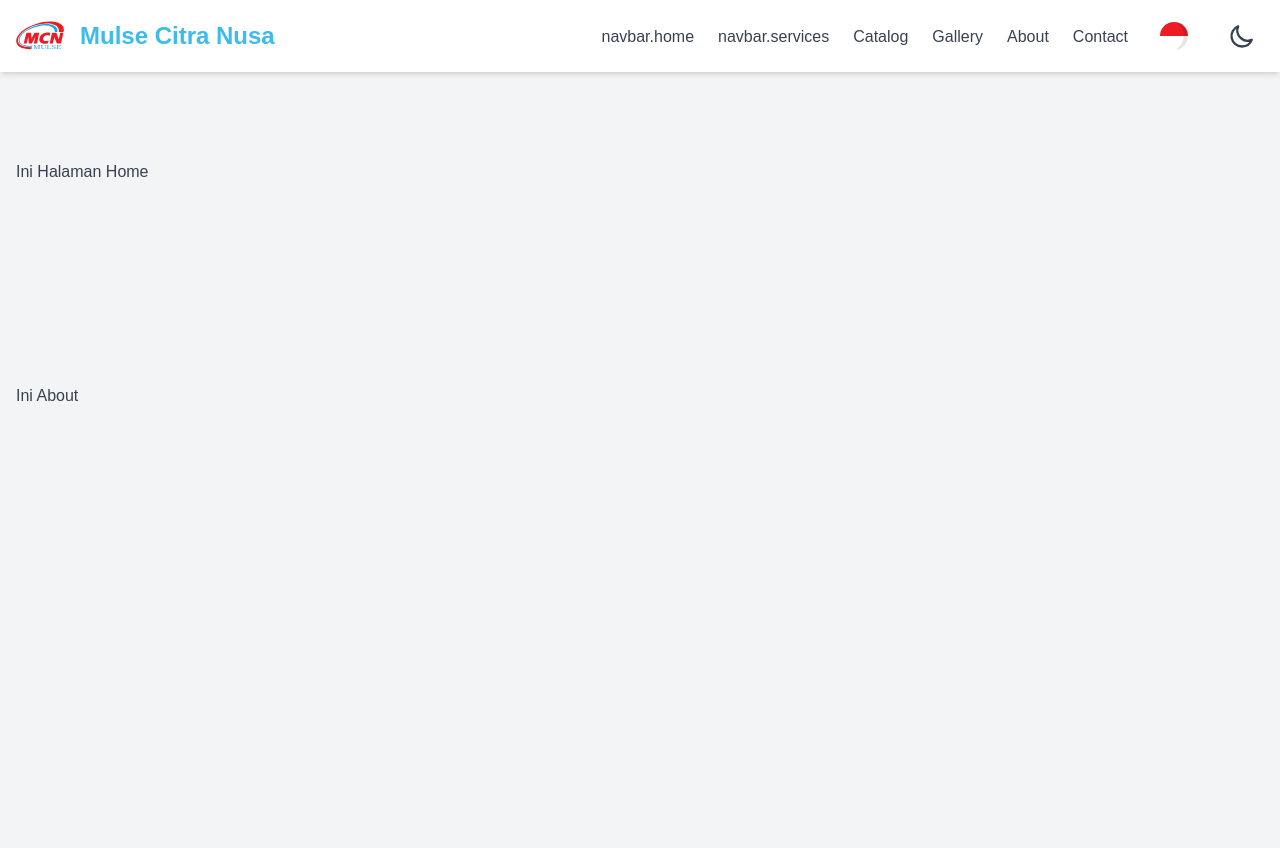
Repository: PrasBaldin/next-mulse
Page: /
An editor plug-in stored every save of this project. The page is shown before and after the next save, followed by the edit.
The browser window is 1280 px wide. The pictures show the whole page.
The project was rebuilt for these pictures with package versions that can differ from the ones it lists, and the page was loaded fresh each time. The framework's server and built-in components were replaced by stand-ins that run in the browser. Also part of the build but not shown: next.config.ts.

Above is the page before, as saved 2025-02-19 19:32:13.

### app/layout.tsx
import type { Metadata } from "next";
import { Geist, Geist_Mono } from "next/font/google";
import "./globals.css";

const geistSans = Geist({
  variable: "--font-geist-sans",
  subsets: ["latin"],
});

const geistMono = Geist_Mono({
  variable: "--font-geist-mono",
  subsets: ["latin"],
});

export const metadata: Metadata = {
  title: "Mulse",
  description: "Selamat datang di PT. Mulse Citra Nusa, kami menyediakan barang dan jasa sesuai kebutuhan Anda.",
};

export default function RootLayout({
  children,
}: Readonly<{
  children: React.ReactNode;
}>) {
  return (
    <html lang="en">
      <body
        className={`${geistSans.variable} ${geistMono.variable} antialiased`}
      >
        {children}
      </body>
    </html>
  );
}

### app/page.tsx
import Navbar from "./components/navbar";
import About from "./pages/about/page";


export default function Home() {
  return (
    <>
      <Navbar />
      <section className="bg-gray-100 dark:bg-gray-700 text-gray-700 dark:text-gray-100 transition duration-500 ease-in-out py-5">
        <div className="container">
          <div className="py-5">
            <div className="py-10">
              <div className="py-10">
                <div className="py-10">
                  <h1>Ini Halaman Home</h1>
                </div>
              </div>
            </div>
          </div>
        </div>
      </section>
      <About />
    </>
  );
}

### app/globals.css
@tailwind base;
@tailwind components;
@tailwind utilities;

:root {
  --background: #ffffff;
  --foreground: #171717;
}

@media (prefers-color-scheme: dark) {
  :root {
    --background: #0a0a0a;
    --foreground: #ededed;
  }
}

body {
  font-family: Arial, Helvetica, sans-serif;
}

.container {
  @apply mx-auto px-4
}

.btn {
  @apply p-2 rounded-lg hover:bg-gray-100 dark:hover:bg-gray-700 transition duration-500 ease-in-out
}

### app/components/navbar.tsx
"use client";

import { useState, useEffect } from "react";
import { useTranslation } from "react-i18next";
import Link from "next/link";
import Image from 'next/image';

import MulseSVG from "../assets/img/mulse.svg";
import "./navbar.css";

import IconDarkMode from "../assets/icon/iconDarkmode";
import IconLightMode from "../assets/icon/iconLightmode";
import IconEN from "../assets/icon/iconEN";
import IconID from "../assets/icon/iconID";

const Navbar = () => {
    const [isOpen, setIsOpen] = useState(false);
    const [isDropdownOpen, setIsDropdownOpen] = useState(false);
    const { t, i18n } = useTranslation();
    const isEnglish = i18n.language === "en";
    const [isDarkMode, setIsDarkMode] = useState(() => {
        // Cek localStorage untuk tema
        if (typeof window !== 'undefined') {
            return localStorage.getItem('theme') === 'dark';
        }
        return false;
    });

    const toggleLanguage = () => {
        i18n.changeLanguage(isEnglish ? "id" : "en");
    };

    useEffect(() => {
        if (isDarkMode) {
            document.documentElement.classList.add('dark');
            localStorage.setItem('theme', 'dark');
        } else {
            document.documentElement.classList.remove('dark');
            localStorage.setItem('theme', 'light');
        }
    }, [isDarkMode]);

    return (
        <>
            <nav className="navbar">
                <div className="container">
                    <div className="flex justify-between items-center py-3">
                        <Link href="/" className="text-2xl font-bold text-[#3bbced] dark:text-gray-100 flex items-center">
                            <Image src={MulseSVG} alt="img" className="w-12 mr-4" />Mulse Citra Nusa
                        </Link>

                        <div className="hidden lg:flex space-x-6 items-center">
                            <Link href="/" className="nav-link">
                                {t("navbar.home")}
                            </Link>

                            <div className="relative group" onMouseEnter={() => setIsDropdownOpen(true)} onMouseLeave={() => setIsDropdownOpen(false)} >
                                <button className="nav-link flex items-center">
                                    {t("navbar.services")}
                                </button>
                                <div className={`bg-white dark:bg-gray-800 absolute top-8 -left-2 w-56 pt-2 p-3 border-2 border-blue-500 shadow-xl rounded-lg overflow-visible transition-all duration-300 ${isDropdownOpen ? "opacity-100 visible scale-100" : "opacity-0 invisible scale-95"}`} >
                                    <Link href="/pengadaan-barang" className="nav-link-dropdown" >
                                        {t("navbar.service.procurement")}
                                    </Link>
                                    <Link href="/jasa-konstruksi" className="nav-link-dropdown" >
                                        {t("navbar.service.construction")}
                                    </Link>
                                </div>
                            </div>
                            <Link href="https://katalog.mulse.id" target="blank" className="nav-link">
                                Catalog
                            </Link>
                            <Link href="/gallery" className="nav-link">
                                Gallery
                            </Link>
                            <Link href="/about" className="nav-link">
                                About
                            </Link>
                            <Link href="/contact" className="nav-link">
                                Contact
                            </Link>
                            <button onClick={() => setIsEnglish(!isEnglish)} className="btn w-11 h-11 relative overflow-hidden">
                                <div className={`toggle-change-lang ${isEnglish ? 'opacity-100 scale-1' : 'opacity-0 scale-0'}`} >
                                    <IconEN />
                                </div>
                                <div className={`toggle-change-lang ${isEnglish ? 'opacity-0 scale-0' : 'opacity-100 scale-1'}`} >
                                    <IconID />
                                </div>
                            </button>
                            <button onClick={() => setIsDarkMode(!isDarkMode)} className="btn w-11 h-11 relative overflow-hidden">
                                <div className={`toggle-dark-mode ${isDarkMode ? 'opacity-100 rotate-0' : 'opacity-0 rotate-90'}`} >
                                    <IconLightMode />
                                </div>
                                <div className={`toggle-dark-mode ${isDarkMode ? 'opacity-0 -rotate-90' : 'opacity-100 rotate-0'}`} >
                                    <IconDarkMode />
                                </div>
                            </button>
                        </div>

                        <button className="lg:hidden relative w-8 h-8" onClick={() => setIsOpen(!isOpen)}>
                            <div className={`hamburger ${isOpen ? "rotate-45 top-1/2 transform -translate-y-1/2" : "top-2"}`} ></div>
                            <div className={`hamburger ${isOpen ? "opacity-0" : "top-1/2 transform -translate-y-1/2"}`} ></div>
                            <div className={`hamburger ${isOpen ? "-rotate-45 bottom-1/2 transform translate-y-1/2" : "bottom-2"}`} ></div>
                        </button>
                    </div>
                </div>
            </nav >

            {/* Overlay Sidebar */}
            <div className={`lg:hidden fixed top-16 left-0 w-full h-full bg-black/50 backdrop-blur-sm transition-opacity duration-300 ${isOpen ? "opacity-100 visible" : "opacity-0 invisible"}`
            } onClick={() => setIsOpen(false)}></div>

            {/* Sidebar Menu */}
            < div className={`bg-white dark:bg-gray-800 lg:hidden fixed top-16 right-0 w-64 h-full shadow-lg transform transition-transform duration-300 ${isOpen ? "translate-x-0" : "translate-x-full"}`}  >
                <div className="p-6 flex flex-col space-y-4">
                    <Link href="/" className="nav-link-mobile" onClick={() => setIsOpen(false)}>
                        Home
                    </Link>

                    <div>
                        <button className="nav-link-mobile flex items-center w-full" onClick={() => setIsDropdownOpen(!isDropdownOpen)} >
                            Services
                            <span className={`dropdown-arrow ${isDropdownOpen ? "rotate-45 absolute right-9 mb-2" : "-rotate-45 absolute right-9"}`} ></span>
                        </button>
                        <div className={`bg-white dark:bg-gray-800 ml-4 space-y-2 rounded-lg overflow-hidden transition-all duration-300 ease-in-out ${isDropdownOpen ? "max-h-[500px] opacity-100 p-2 mt-2" : "max-h-0 opacity-0 p-0 mt-0"}`} >
                            <Link href="/pengadaan-barang" className="nav-link-mobile block" onClick={() => setIsOpen(false)} >
                                Pengadaan Barang
                            </Link>
                            <Link href="/jasa-konstruksi" className="nav-link-mobile block" onClick={() => setIsOpen(false)} >
                                Jasa Konstruksi
                            </Link>
                        </div>
                    </div>
                    <Link href="https://katalog.mulse.id" className="nav-link-mobile" onClick={() => setIsOpen(false)}>
                        Catalog
                    </Link>
                    <Link href="/gallery" className="nav-link-mobile" onClick={() => setIsOpen(false)}>
                        Gallery
                    </Link>
                    <Link href="/about" className="nav-link-mobile" onClick={() => setIsOpen(false)}>
                        About
                    </Link>
                    <Link href="/contact" className="nav-link-mobile" onClick={() => setIsOpen(false)}>
                        Contact
                    </Link>
                    <button onClick={() => setIsEnglish(!isEnglish)} className="btn flex items-center gap-2" >
                        <span className="font-medium text-gray-700 dark:text-gray-300">
                            {isEnglish ? <IconEN /> : <IconID />}
                        </span>
                        <span className="text-gray-700 dark:text-gray-300">
                            {isEnglish ? 'Change language' : 'Ubah bahasa'}
                        </span>
                    </button>
                    <button onClick={() => setIsDarkMode(!isDarkMode)} className="btn flex items-center">
                        {isDarkMode ? (
                            <>
                                <div className={`toggle-dark-mode-mobile gap-2 ${isDarkMode ? 'opacity-100 rotate-0' : 'opacity-0 rotate-90'}`} >
                                    <IconLightMode />
                                    <span className="text-gray-700 dark:text-gray-300">Light Mode</span>
                                </div>
                            </>
                        ) : (
                            <>
                                <div className={`toggle-dark-mode-mobile gap-2 ${isDarkMode ? 'opacity-0 -rotate-90' : 'opacity-100 rotate-0'}`} >
                                    <IconDarkMode />
                                    <span className="text-gray-700 dark:text-gray-300">Dark Mode</span>
                                </div>
                            </>
                        )}
                    </button>
                </div>
            </div >
        </>
    );
};

export default Navbar;

### app/pages/about/page.tsx
import React from 'react'

const About = () => {
    return (
        <section className="bg-gray-100 dark:bg-gray-700 transition duration-500 ease-in-out">
            <div className="container">
                <div className="py-10">
                    <div className="text-gray-700 dark:text-gray-100 transition duration-500 ease-in-out">Ini About</div>
                </div>
                <div className="py-10"></div>
                <div className="py-10"></div>
                <div className="py-10"></div>
                <div className="py-10"></div>
                <div className="py-10"></div>
            </div>
        </section>
    )
}

export default About

### app/components/navbar.css
.navbar {
    @apply bg-white dark:bg-gray-800 transition duration-500 ease-in-out shadow-md fixed w-full z-50
}

.nav-link {
    @apply text-gray-700 hover:text-blue-500 dark:hover:text-blue-500 dark:text-gray-100 pt-2 pb-1 transition duration-500 ease-in-out border-b-2 border-transparent hover:border-blue-500 flex items-center
}

.nav-link-dropdown {
    @apply text-gray-700 hover:text-blue-500 dark:hover:text-blue-500 dark:text-gray-100 pt-2 pb-1 transition duration-500 ease-in-out hover:bg-gray-100 dark:hover:bg-gray-700 rounded border-b border-gray-200 hover:border-blue-500 block mt-2 px-2
}

.nav-link-mobile {
    @apply hover:bg-gray-100 dark:hover:bg-gray-700 text-gray-700 hover:text-blue-500 dark:hover:text-blue-500 dark:text-gray-100 py-2 pl-2 border-b border-gray-200 hover:border-blue-500 rounded transition
}

.hamburger {
    @apply absolute w-6 h-[3px] bg-gray-800 dark:bg-gray-100 rounded transition duration-500 ease-in-out
}

.dropdown-arrow {
    @apply border-b-2 border-r-2 border-gray-700 dark:border-gray-100 ml-2 w-3 h-3 transition duration-500 ease-in-out
}

.toggle-change-lang {
    @apply absolute top-0 bottom-0 left-0 right-0 flex items-center justify-center transition-all duration-500 transform
}

.toggle-dark-mode {
    @apply absolute top-0 bottom-0 left-0 right-0 flex items-center justify-center transition-all duration-500 transform
}

.toggle-dark-mode-mobile {
    @apply flex items-center justify-center transition-all duration-500 transform
}

.nav-link-mobile:hover .dropdown-arrow {
    @apply border-blue-500
}

### app/assets/icon/iconDarkmode.tsx
import React from 'react'

const IconDarkmode = () => {
    return (
        <svg xmlns="http://www.w3.org/2000/svg" className="h-7 w-7 text-gray-700 dark:text-gray-100" fill="none" viewBox="0 0 24 24" stroke="currentColor">
            <path strokeLinecap="round" strokeLinejoin="round" strokeWidth={2} d="M20.354 15.354A9 9 0 018.646 3.646 9.003 9.003 0 0012 21a9.003 9.003 0 008.354-5.646z" />
        </svg>
    )
}

export default IconDarkmode

### app/assets/icon/iconLightmode.tsx
import React from 'react'

const IconLightMode = () => {
    return (
        <svg xmlns="http://www.w3.org/2000/svg" className="h-7 w-7 text-gray-100" fill="none" viewBox="0 0 24 24" stroke="currentColor">
            <path strokeLinecap="round" strokeLinejoin="round" strokeWidth="2" d="M12 3v1m0 16v1m9-9h-1M4 12H3m15.364 6.364l-.707-.707M6.343 6.343l-.707-.707m12.728 0l-.707.707M6.343 17.657l-.707.707" />
            <circle cx="12" cy="12" r="3" stroke="currentColor" strokeWidth="2" fill="none" />
        </svg>
    )
}

export default IconLightMode

### app/assets/icon/iconEN.tsx
import React from 'react';

const iconEN = () => {
	return (
		<svg className="w-7 h-7 rounded-full" version="1.1" id="Layer_1" xmlns="http://www.w3.org/2000/svg" xmlnsXlink="http://www.w3.org/1999/xlink" x="0px" y="0px"
			width="150px" height="150px" viewBox="0 0 150 150" enableBackground="new 0 0 150 150" xmlSpace="preserve">
			<g>
				<rect x="-1" y="-0.881" fill="#FFFFFF" width="151.999" height="152" />
				<rect x="-1" y="139.226" fill="#B22436" width="151.999" height="11.655" />
				<rect x="-1" y="115.914" fill="#B22436" width="151.999" height="11.655" />
				<rect x="-1" y="92.603" fill="#B22436" width="151.999" height="11.655" />
				<rect x="75" y="69.291" fill="#B22436" width="75.999" height="11.655" />
				<rect x="75" y="45.979" fill="#B22436" width="75.999" height="11.655" />
				<rect x="75" y="22.668" fill="#B22436" width="75.999" height="11.655" />
				<rect x="75" y="-1.119" fill="#B22436" width="75.999" height="12.131" />
				<path fill="#3D3B6F" d="M-1-0.882v13.779l0.42-1.21l1.11,3.19l3.37,0.07l-2.69,2.04l0.98,3.229l-2.77-1.93L-1,18.578v10.54
		l0.42-1.21l1.11,3.189l3.37,0.07l-2.69,2.04l0.98,3.229l-2.77-1.93L-1,34.798v10.54l0.42-1.21l1.11,3.19l3.37,0.069l-2.69,2.04
		l0.98,3.23l-2.77-1.931L-1,51.018v10.84l0.42-1.199l1.11,3.18l3.37,0.07l-2.69,2.04l0.98,3.229l-2.77-1.93L-1,67.538v13.649h77.44
		V-0.882H-1z M12.07,77.488L9.3,75.558l-2.77,1.931l0.98-3.23l-2.69-2.04l3.37-0.07l1.11-3.18l1.11,3.18l3.37,0.07l-2.69,2.04
		L12.07,77.488z M11.09,57.838l0.98,3.23L9.3,59.147l-2.77,1.921l0.98-3.23l-2.69-2.04l3.37-0.06l1.11-3.19l1.11,3.19l3.37,0.06
		L11.09,57.838z M11.09,41.428l0.98,3.23L9.3,42.728l-2.77,1.931l0.98-3.23l-2.69-2.04l3.37-0.069l1.11-3.19l1.11,3.19l3.37,0.069
		L11.09,41.428z M11.09,25.008l0.98,3.23L9.3,26.308l-2.77,1.931l0.98-3.23l-2.69-2.04l3.37-0.07l1.11-3.18l1.11,3.18l3.37,0.07
		L11.09,25.008z M11.09,8.588l0.98,3.24L9.3,9.897l-2.77,1.931l0.98-3.24l-2.69-2.03l3.37-0.069l1.11-3.19l1.11,3.19l3.37,0.069
		L11.09,8.588z M21.34,69.178l-2.77-1.93l-2.77,1.93l0.98-3.229l-2.69-2.04l3.37-0.07l1.11-3.18l1.11,3.18l3.37,0.07l-2.69,2.04
		L21.34,69.178z M20.36,49.428l0.98,3.23l-2.77-1.931l-2.77,1.931l0.98-3.23l-2.69-2.04l3.37-0.069l1.11-3.19l1.11,3.19l3.37,0.069
		L20.36,49.428z M20.36,33.208l0.98,3.229l-2.77-1.93l-2.77,1.93l0.98-3.229l-2.69-2.04l3.37-0.07l1.11-3.189l1.11,3.189l3.37,0.07
		L20.36,33.208z M20.36,16.988l0.98,3.229l-2.77-1.93l-2.77,1.93l0.98-3.229l-2.69-2.04l3.37-0.07l1.11-3.19l1.11,3.19l3.37,0.07
		L20.36,16.988z M31.22,77.488l-2.77-1.931l-2.77,1.931l0.98-3.23l-2.69-2.04l3.37-0.07l1.11-3.18l1.11,3.18l3.37,0.07l-2.69,2.04
		L31.22,77.488z M30.24,57.838l0.98,3.23l-2.77-1.921l-2.77,1.921l0.98-3.23l-2.69-2.04l3.37-0.06l1.11-3.19l1.11,3.19l3.37,0.06
		L30.24,57.838z M30.24,41.428l0.98,3.23l-2.77-1.931l-2.77,1.931l0.98-3.23l-2.69-2.04l3.37-0.069l1.11-3.19l1.11,3.19l3.37,0.069
		L30.24,41.428z M30.24,25.008l0.98,3.23l-2.77-1.931l-2.77,1.931l0.98-3.23l-2.69-2.04l3.37-0.07l1.11-3.18l1.11,3.18l3.37,0.07
		L30.24,25.008z M30.24,8.588l0.98,3.24l-2.77-1.931l-2.77,1.931l0.98-3.24l-2.69-2.03l3.37-0.069l1.11-3.19l1.11,3.19l3.37,0.069
		L30.24,8.588z M40.49,69.178l-2.77-1.93l-2.77,1.93l0.98-3.229l-2.69-2.04l3.37-0.07l1.11-3.18l1.11,3.18l3.37,0.07l-2.69,2.04
		L40.49,69.178z M39.51,49.428l0.98,3.23l-2.77-1.931l-2.77,1.931l0.98-3.23l-2.69-2.04l3.37-0.069l1.11-3.19l1.11,3.19l3.37,0.069
		L39.51,49.428z M39.51,33.208l0.98,3.229l-2.77-1.93l-2.77,1.93l0.98-3.229l-2.69-2.04l3.37-0.07l1.11-3.189l1.11,3.189l3.37,0.07
		L39.51,33.208z M39.51,16.988l0.98,3.229l-2.77-1.93l-2.77,1.93l0.98-3.229l-2.69-2.04l3.37-0.07l1.11-3.19l1.11,3.19l3.37,0.07
		L39.51,16.988z M50.37,77.488l-2.77-1.931l-2.77,1.931l0.98-3.23l-2.69-2.04l3.37-0.07l1.11-3.18l1.11,3.18l3.37,0.07l-2.68,2.04
		L50.37,77.488z M49.4,57.838l0.97,3.23l-2.77-1.921l-2.77,1.921l0.98-3.23l-2.69-2.04l3.37-0.06l1.11-3.19l1.11,3.19l3.37,0.06
		L49.4,57.838z M49.4,41.428l0.97,3.23l-2.77-1.931l-2.77,1.931l0.98-3.23l-2.69-2.04l3.37-0.069l1.11-3.19l1.11,3.19l3.37,0.069
		L49.4,41.428z M49.4,25.008l0.97,3.23l-2.77-1.931l-2.77,1.931l0.98-3.23l-2.69-2.04l3.37-0.07l1.11-3.18l1.11,3.18l3.37,0.07
		L49.4,25.008z M49.4,8.588l0.97,3.24L47.6,9.897l-2.77,1.931l0.98-3.24l-2.69-2.03l3.37-0.069l1.11-3.19l1.11,3.19l3.37,0.069
		L49.4,8.588z M59.64,69.178l-2.77-1.93l-2.76,1.93l0.97-3.229l-2.69-2.04l3.38-0.07l1.1-3.18l1.11,3.18l3.38,0.07l-2.69,2.04
		L59.64,69.178z M58.67,49.428l0.97,3.23l-2.77-1.931l-2.76,1.931l0.97-3.23l-2.69-2.04l3.38-0.069l1.1-3.19l1.11,3.19l3.38,0.069
		L58.67,49.428z M58.67,33.208l0.97,3.229l-2.77-1.93l-2.76,1.93l0.97-3.229l-2.69-2.04l3.38-0.07l1.1-3.189l1.11,3.189l3.38,0.07
		L58.67,33.208z M58.67,16.988l0.97,3.229l-2.77-1.93l-2.76,1.93l0.97-3.229l-2.69-2.04l3.38-0.07l1.1-3.19l1.11,3.19l3.38,0.07
		L58.67,16.988z M69.52,77.488l-2.77-1.931l-2.76,1.931l0.97-3.23l-2.69-2.04l3.38-0.07l1.1-3.18l1.11,3.18l3.38,0.07l-2.69,2.04
		L69.52,77.488z M68.55,57.838l0.97,3.23l-2.77-1.921l-2.76,1.921l0.97-3.23l-2.69-2.04l3.38-0.06l1.1-3.19l1.11,3.19l3.38,0.06
		L68.55,57.838z M68.55,41.428l0.97,3.23l-2.77-1.931l-2.76,1.931l0.97-3.23l-2.69-2.04l3.38-0.069l1.1-3.19l1.11,3.19l3.38,0.069
		L68.55,41.428z M68.55,25.008l0.97,3.23l-2.77-1.931l-2.76,1.931l0.97-3.23l-2.69-2.04l3.38-0.07l1.1-3.18l1.11,3.18l3.38,0.07
		L68.55,25.008z M68.55,8.588l0.97,3.24l-2.77-1.931l-2.76,1.931l0.97-3.24l-2.69-2.03l3.38-0.069l1.1-3.19l1.11,3.19l3.38,0.069
		L68.55,8.588z"/>
			</g>
			<path opacity="0.1" d="M150.999,160h-85c0,0,60.501-26.039,60.501-85c0-58.793-60.501-84.999-60.501-84.999h85V160z" />
		</svg>
	)
}

export default iconEN

### app/assets/icon/iconID.tsx
import React from 'react'

const iconID = () => {
    return (
        <svg className="w-7 h-7 rounded-full" version="1.1" id="Layer_1" xmlns="http://www.w3.org/2000/svg" xmlnsXlink="http://www.w3.org/1999/xlink" x="0px" y="0px"
            width="150px" height="150px" viewBox="0 0 150 150" enableBackground="new 0 0 150 150" xmlSpace="preserve">
            <rect x="-1" y="-0.999" fill="#ED1C24" width="152" height="75.999" />
            <rect x="-1" y="75" fill="#FFFFFF" width="152" height="76" />
            <path opacity="0.1" d="M151,160H66c0,0,60.501-26.039,60.501-85C126.501,16.207,66-9.999,66-9.999h85V160z" />
        </svg>
    )
}

export default iconID

### tailwind.config.ts
import type { Config } from "tailwindcss";

export default {
  darkMode: 'class',
  content: [
    "./pages/**/*.{js,ts,jsx,tsx,mdx}",
    "./components/**/*.{js,ts,jsx,tsx,mdx}",
    "./app/**/*.{js,ts,jsx,tsx,mdx}",
  ],
  theme: {
    extend: {
      width: {
        '11': '2.75rem',
      },
      height: {
        '11': '2.75rem',
      },
      colors: {
        background: "var(--background)",
        foreground: "var(--foreground)",
      },
    },
  },
  plugins: [],
} satisfies Config;

After the next save:
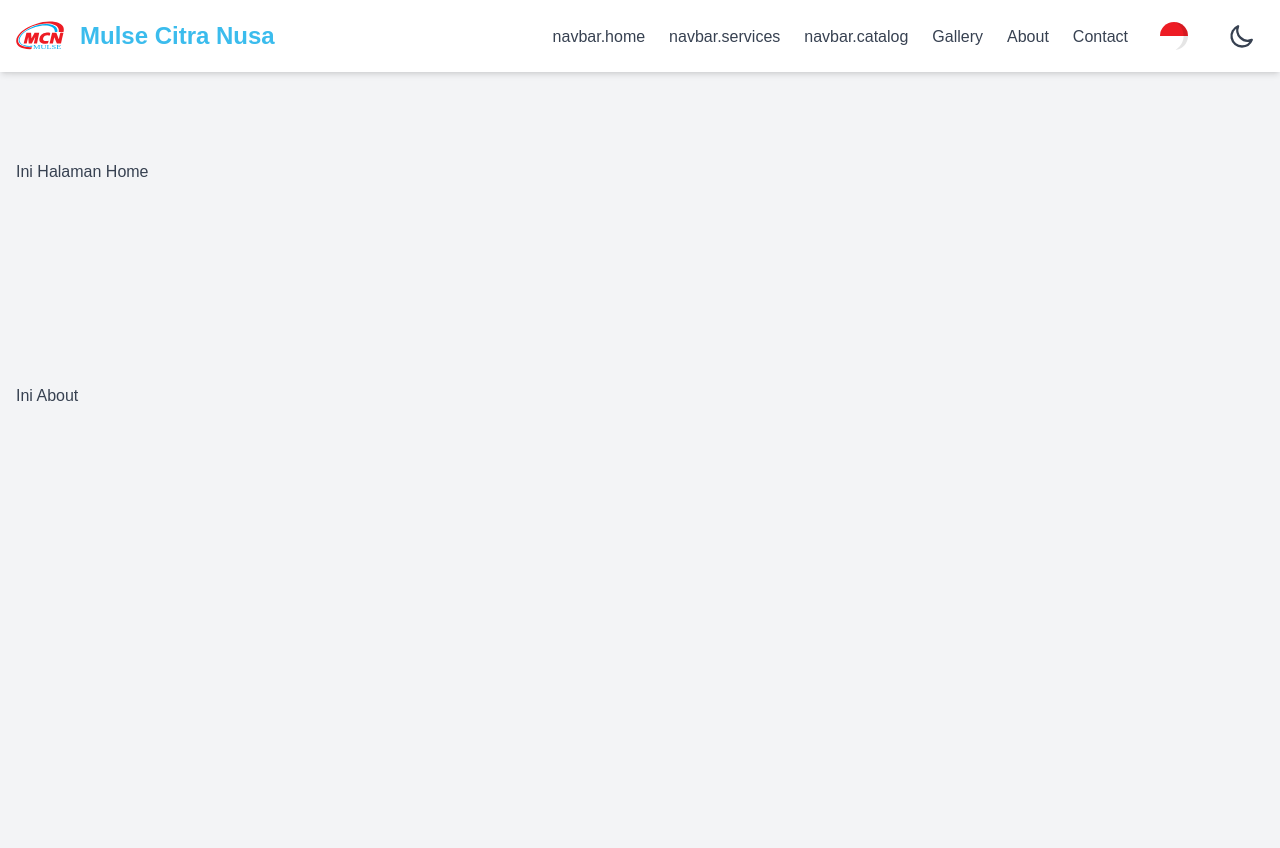
Saved 8 s later.
--- a/app/components/navbar.tsx
+++ b/app/components/navbar.tsx
@@ -68,7 +68,7 @@ const Navbar = () => {
                                 </div>
                             </div>
                             <Link href="https://katalog.mulse.id" target="blank" className="nav-link">
-                                Catalog
+                                {t("navbar.catalog")}
                             </Link>
                             <Link href="/gallery" className="nav-link">
                                 Gallery
